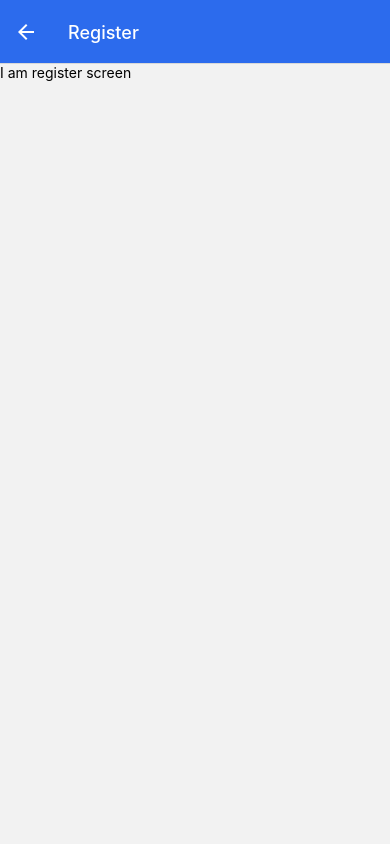
Repository: TheBoringBOT/signal-clone-reactnative-learn
Screen: /Register
An editor plug-in stored every save of this project. The screen is shown before and after the next save, followed by the edit.
The app was drawn by React Native's web renderer in a window 390 px wide. The project was rebuilt for these pictures with package versions that can differ from the ones it lists, and the page was loaded fresh each time.

Above is the screen before, as saved 2022-01-23 19:08:10.

After the next save:
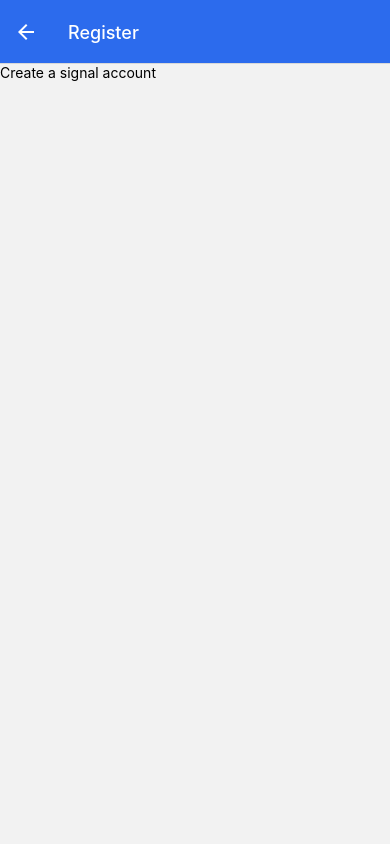
Saved 16 s later.
--- a/screens/RegisterScreen.js
+++ b/screens/RegisterScreen.js
@@ -8,7 +8,7 @@ const RegisterScreen = ({ navigation }) => {
     <KeyboardAvoidingView behavior="padding" style={styles.container}>
       <StatusBar style="light" />
       <Text h3 style={{ marginBottom: 50 }}>
-        I am register screen
+        Create a signal account
       </Text>
     </KeyboardAvoidingView>
   );
